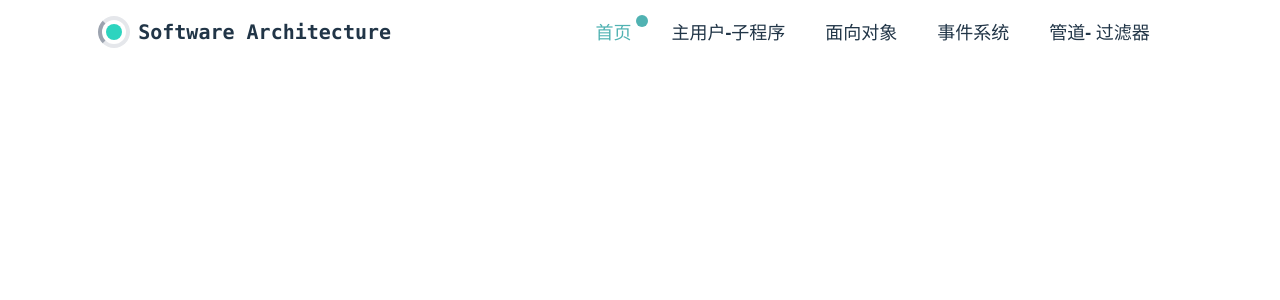
Repository: MarchRory/software_architecture_lab2
Page: / (app in lab2/)
These files come from the project's save history. The page is drawn as it stood at one moment and after the next save; the edit follows.
The browser window is 1280 px wide. The pictures show the whole page.
The project was rebuilt for these pictures with package versions that can differ from the ones it lists, and the page was loaded fresh each time. Also part of the build but not shown: lab2/vite.config.ts. Imported but missing from the stored project, and not drawn on this page: lab2/src/views/OOP/index.vue, lab2/src/views/PipFilter/index.vue, lab2/src/views/eventSys/index.vue, lab2/src/views/mainChild/index.vue.

Above is the page before, as saved 2023-11-16 13:12:32.

After the next save:
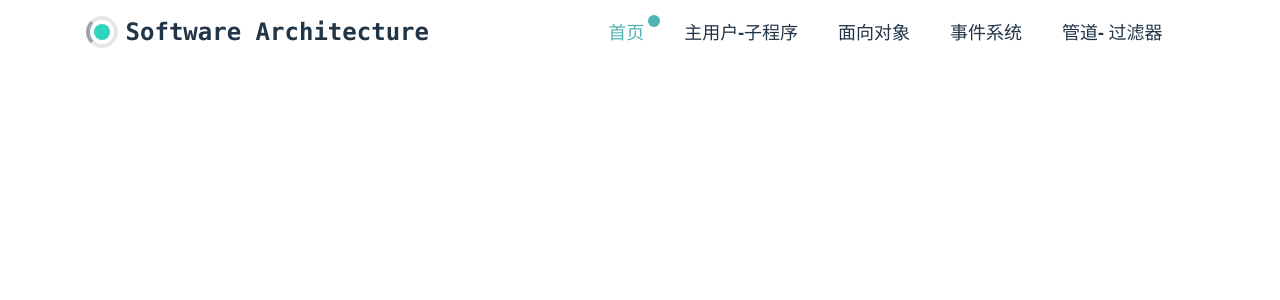
Saved 8 s later.
--- a/lab2/src/layout/navbar.vue
+++ b/lab2/src/layout/navbar.vue
@@ -29,7 +29,7 @@
 			>
 				<div class="w-4 h-4 bg-teal-400 rounded-full"></div>
 			</li>
-			<li class="font-mono text-xl navFont">Software Architecture</li>
+			<li class="font-mono text-2xl navFont">Software Architecture</li>
 		</ul>
 		<ul class="flex min-w-fit">
 			<li
